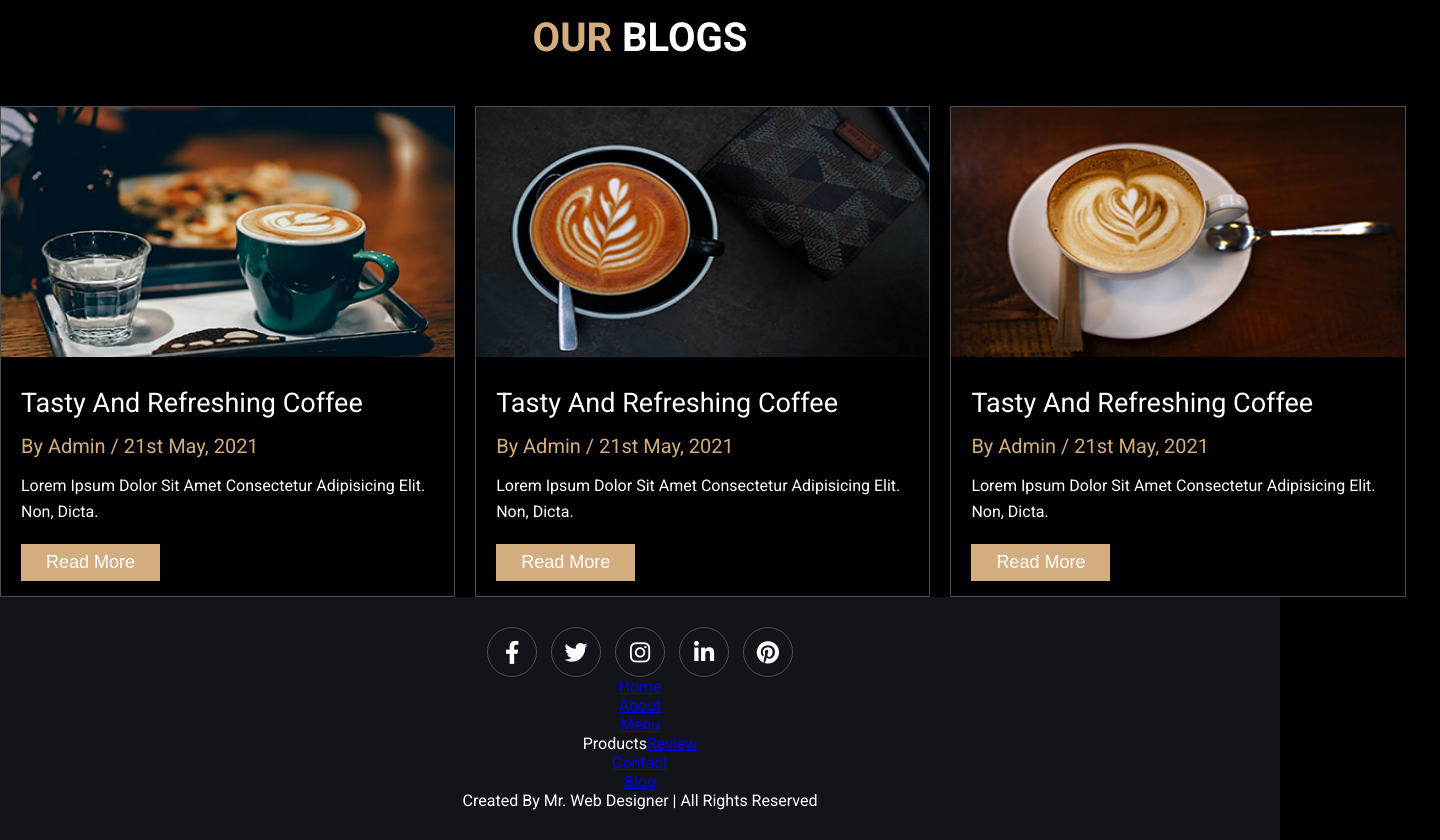
Repository: Dinhthai303/DinhThai
Page: index.html
The author's editor kept a copy of each file at every save. The page is drawn from the files as they stood at one save, then again after the next save.
The browser window is 1280 px wide. The page is 1440 px wide, so the pictures cover 1440 px, including what lies to the right of the window. The pictures show the part of the page from y = 4298 to 5138 px (the page is 5138 px tall before and 5043 px after).

Above is the page before, as saved 2021-11-28 01:55:41.

### index.html
<!DOCTYPE html>
<html lang="en">

<head>
    <meta charset="UTF-8">
    <meta http-equiv="X-UA-Compatible" content="IE=edge">
    <meta name="viewport" content="width=device-width, initial-scale=1.0">
    <title>Document</title>
    <!-- FONT AWESOME -->
    <link rel="stylesheet" href="https://cdnjs.cloudflare.com/ajax/libs/font-awesome/6.0.0-beta3/css/all.min.css"
        integrity="sha512-Fo3rlrZj/k7ujTnHg4CGR2D7kSs0v4LLanw2qksYuRlEzO+tcaEPQogQ0KaoGN26/zrn20ImR1DfuLWnOo7aBA=="
        crossorigin="anonymous" referrerpolicy="no-referrer" />
    <!-- GOOLE FONT -->
    <link rel="preconnect" href="https://fonts.googleapis.com">
    <link rel="preconnect" href="https://fonts.gstatic.com" crossorigin>
    <link href="https://fonts.googleapis.com/css2?family=Roboto:wght@300;400;500;700&display=swap" rel="stylesheet">
    <!-- MAIN CSS -->
    <link rel="stylesheet" href="./css/style.css">
</head>

<body>
    <header class="header">
        <div class="container">
            <div class="header__content">
                <div class="header__logo">
                    <img src="./images/logo.png" alt="">
                </div>
                <ul class="header__menu">
                    <li class="header__item"><a class="header__link" href="#">Home</a></li>
                    <li class="header__item"><a class="header__link" href="#">About</a></li>
                    <li class="header__item"><a class="header__link" href="#">Menu</a></li>
                    <li class="header__item"><a class="header__link" href="#">Product</a></li>
                    <li class="header__item"><a class="header__link" href="#">Review</a></li>
                    <li class="header__item"><a class="header__link" href="#">Contact</a></li>
                    <li class="header__item"><a class="header__link" href="#">Blog</a></li>
                </ul>
                <div class="header__icon">
                    <i class="fa fa-search"></i>
                    <i class="fa fa-shopping-cart"></i>
                </div>
            </div>
        </div>
    </header>
    <section class="banner">
        <div class="banner__content">
            <img class="banner__image" src="./images/home-img.jpeg" alt="">
            <div class="banner__text">
                <h3 class="banner__title">FRESH COFFEE IN THE MORNING</h3>
                <p class="banner__desc">Lorem Ipsum, Dolor Sit Amet Consectetur Adipisicing Elit. Placeat Labore, Sint
                    Cupiditate Distinctio Tempora Reiciendis.</p>
                <button class="btn">Get Your now</button>
            </div>
        </div>
    </section>
    <section class="about">
        <h2 class="heading">About <span>us</span></h2>
        <div class="container">
            <div class="about__content">
                <div class="about__left">
                    <img class="about__image" src="./images/about-img.jpeg" alt="">
                </div>
                <div class="about__right">
                    <div class="about__text">
                        <h2 class="about__title">What Makes Our Coffee Special?</h2>
                        <p class="about__desc">Lorem Ipsum Dolor Sit Amet Consectetur Adipisicing Elit. Voluptatibus Qui
                            Ea Ullam, Enim Tempora Ipsum Fuga Alias Quae Ratione A Officiis Id Temporibus Autem? Quod
                            Nemo Facilis Cupiditate. Ex, Vel?</p>
                        <p class="about__desc">Lorem Ipsum Dolor Sit Amet Consectetur, Adipisicing Elit. Odit Amet Enim
                            Quod Veritatis, Nihil Voluptas Culpa! Neque Consectetur Obcaecati Sapiente?</p>
                        <button class="btn about__button">Learn More</button>
                    </div>
                </div>
            </div>
        </div>
    </section>
    <section class="menu">
        <h2 class="heading"><span>our</span> menu</h2>
        <div class="container">
            <div class="menu__content">
                <div class="menu__item">
                    <div class="menu__text">
                        <img src="./images/menu-1.png" alt="" class="menu__img">
                        <h3 class="menu__title">Tasty And Healty
                        </h3>
                        <div class="menu__price price">$15.99 <span class="menu__price--old old">20.99</span></div>
                        <button class="btn menu__button">Add To Cart</button>
                    </div>
                </div>
                <div class="menu__item">
                    <div class="menu__text">
                        <img src="./images/menu-2.png" alt="" class="menu__img">
                        <h3 class="menu__title">Tasty And Healty
                        </h3>
                        <div class="menu__price price">$15.99 <span class="menu__price--old old">20.99</span></div>
                        <button class="btn menu__button">Add To Cart</button>
                    </div>
                </div>
                <div class="menu__item">
                    <div class="menu__text">
                        <img src="./images/menu-3.png" alt="" class="menu__img">
                        <h3 class="menu__title">Tasty And Healty
                        </h3>
                        <div class="menu__price price">$15.99 <span class="menu__price--old old">20.99</span></div>
                        <button class="btn menu__button">Add To Cart</button>
                    </div>
                </div>
                <div class="menu__item">
                    <div class="menu__text">
                        <img src="./images/menu-4.png" alt="" class="menu__img">
                        <h3 class="menu__title">Tasty And Healty
                        </h3>
                        <div class="menu__price price">$15.99 <span class="menu__price--old price">20.99</span></div>
                        <button class="btn menu__button">Add To Cart</button>
                    </div>
                </div>
                <div class="menu__item">
                    <div class="menu__text">
                        <img src="./images/menu-5.png" alt="" class="menu__img">
                        <h3 class="menu__title">Tasty And Healty
                        </h3>
                        <div class="menu__price price">$15.99 <span class="menu__price--old old">20.99</span></div>
                        <button class="btn menu__button">Add To Cart</button>
                    </div>
                </div>
                <div class="menu__item">
                    <div class="menu__text">
                        <img src="./images/menu-6.png" alt="" class="menu__img">
                        <h3 class="menu__title">Tasty And Healty
                        </h3>
                        <div class="menu__price price">$15.99 <span class="menu__price--old old">20.99</span></div>
                        <button class="btn menu__button">Add To Cart</button>
                    </div>
                </div>
            </div>
        </div>
    </section>
    <section class="products">
        <h2 class="heading"><span>OUR</span> PRODUCTS</h2>
        <div class="container">
            <div class="products__content">
                <div class="products__item">
                    <div class="products__social">
                        <i class="fa fa-shopping-cart"></i>
                        <i class="fa fa-heart"></i>
                        <i class="fa fa-eye"></i>
                    </div>
                    <div class="products__img">
                        <img src="./images/product-2.png" alt="">
                    </div>
                    <h3 class="products__title">Fresh Coffee</h3>
                    <div class="star">
                        <i class="fa fa-star"></i>
                        <i class="fa fa-star"></i>
                        <i class="fa fa-star"></i>
                        <i class="fa fa-star"></i>
                        <i class="fa fa-star-half-alt"></i>
                    </div>
                    <div class="price">$15.99 <span class="old">20.99</span></div>
                </div>
                <div class="products__item">
                    <div class="products__social">
                        <i class="fa fa-shopping-cart"></i>
                        <i class="fa fa-heart"></i>
                        <i class="fa fa-eye"></i>
                    </div>
                    <div class="products__img">
                        <img src="./images/product-3.png" alt="">
                    </div>
                    <h3 class="products__title">Fresh Coffee</h3>
                    <div class="star">
                        <i class="fa fa-star"></i>
                        <i class="fa fa-star"></i>
                        <i class="fa fa-star"></i>
                        <i class="fa fa-star"></i>
                        <i class="fa fa-star-half-alt"></i>
                    </div>
                    <div class="price">$15.99 <span class="old">20.99</span></div>
                </div>
                <div class="products__item">
                    <div class="products__social">
                        <i class="fa fa-shopping-cart"></i>
                        <i class="fa fa-heart"></i>
                        <i class="fa fa-eye"></i>
                    </div>
                    <div class="products__img">
                        <img src="./images/product-1.png" alt="">
                    </div>
                    <h3 class="products__title">Fresh Coffee</h3>
                    <div class="star">
                        <i class="fa fa-star"></i>
                        <i class="fa fa-star"></i>
                        <i class="fa fa-star"></i>
                        <i class="fa fa-star"></i>
                        <i class="fa fa-star-half-alt"></i>
                    </div>
                    <div class="price">$15.99 <span class="old">20.99</span></div>
                </div>
            </div>
        </div>
    </section>
    <section class="review">
        <h2 class="heading"><span>CUSTOMER'S</span> REVIEW</h2>
        <div class="container">
            <div class="review__content">
                <div class="review__item">
                    <img src="./images/quote-img.png" alt="" class="review__top">
                    <p class="review__desc">Lorem Ipsum Dolor Sit Amet Consectetur Adipisicing Elit. Animi Nulla Sit
                        Libero Nemo Fuga Sequi Nobis? Necessitatibus Aut Laborum, Nisi Quas Eaque Laudantium
                        Consequuntur Iste Ex Aliquam Minus Vel? Nemo.</p>
                    <img src="./images/pic-1.png" alt="" class="review__avatar">
                    <h3 class="review__author">John Deo
                    </h3>
                    <div class="star">
                        <i class="fa fa-star"></i>
                        <i class="fa fa-star"></i>
                        <i class="fa fa-star"></i>
                        <i class="fa fa-star"></i>
                        <i class="fa fa-star-half-alt"></i>
                    </div>
                </div>
                <div class="review__item">
                    <img src="./images/quote-img.png" alt="" class="review__top">
                    <p class="review__desc">Lorem Ipsum Dolor Sit Amet Consectetur Adipisicing Elit. Animi Nulla Sit
                        Libero Nemo Fuga Sequi Nobis? Necessitatibus Aut Laborum, Nisi Quas Eaque Laudantium
                        Consequuntur Iste Ex Aliquam Minus Vel? Nemo.</p>
                    <img src="./images/pic-2.png" alt="" class="review__avatar">
                    <h3 class="review__author">John Deo
                    </h3>
                    <div class="star">
                        <i class="fa fa-star"></i>
                        <i class="fa fa-star"></i>
                        <i class="fa fa-star"></i>
                        <i class="fa fa-star"></i>
                        <i class="fa fa-star-half-alt"></i>
                    </div>
                </div>
                <div class="review__item">
                    <img src="./images/quote-img.png" alt="" class="review__top">
                    <p class="review__desc">Lorem Ipsum Dolor Sit Amet Consectetur Adipisicing Elit. Animi Nulla Sit
                        Libero Nemo Fuga Sequi Nobis? Necessitatibus Aut Laborum, Nisi Quas Eaque Laudantium
                        Consequuntur Iste Ex Aliquam Minus Vel? Nemo.</p>
                    <img src="./images/pic-3.png" alt="" class="review__avatar">
                    <h3 class="review__author">John Deo
                    </h3>
                    <div class="star">
                        <i class="fa fa-star"></i>
                        <i class="fa fa-star"></i>
                        <i class="fa fa-star"></i>
                        <i class="fa fa-star"></i>
                        <i class="fa fa-star-half-alt"></i>
                    </div>
                </div>
            </div>
        </div>
    </section>
    <section class="contact">
        <h2 class="heading">CONTACT <span>US</span></h2>
        <div class="container">
            <div class="contact__content">
                <div class="contact__map">
                    <iframe
                        src="https://www.google.com/maps/embed?pb=!1m18!1m12!1m3!1d3919.5668037483!2d106.68553171533858!3d10.767831062295425!2m3!1f0!2f0!3f0!3m2!1i1024!2i768!4f13.1!3m3!1m2!1s0x31752f18039575d7%3A0x3f90b2c941faeed4!2sFPT-APTECH!5e0!3m2!1svi!2s!4v1638037058853!5m2!1svi!2s"
                        width="600" height="450" style="border:0;" allowfullscreen="" loading="lazy"></iframe>
                </div>
                <div class="contact__right">
                    <div class="contact__box">
                        <h2 class="heading contact__"><span>GET IN TOUCH
                            </span></h2>
                        <div class="contact__input">
                            <i class="fa fa-user"></i>
                            <input type="text" placeholder="Name">
                        </div>
                        <div class="contact__input">
                            <i class="fa fa-envelope"></i>
                            <input type="text" placeholder="Email">
                        </div>
                        <div class="contact__input">
                            <i class="fa fa-phone"></i>
                            <input type="text" placeholder="Number">
                        </div>
                        <div class="contact__button">
                            <button class="btn">Contact Now</button>
                        </div>
                    </div>
                </div>
            </div>
        </div>
    </section>
    <section class="blog">
        <h2 class="heading">OUR <span>BLOGS</span></h2>
        <div class="container">
            <div class="blog__content">
                <div class="blog__item">
                    <div class="blog__image">
                        <img src="./images/blog-1.jpeg" alt="" class="blog__img">
                    </div>
                    <div class="blog__text">
                        <a href="#" class="blog__title">Tasty And Refreshing Coffee</a>
                        <span class="blog__time">By Admin / 21st May, 2021</span>
                        <p class="blog__desc">Lorem Ipsum Dolor Sit Amet Consectetur Adipisicing Elit. Non, Dicta.</p>
                        <button class="btn blog__button">Read More</button>
                    </div>
                </div>
                <div class="blog__item">
                    <div class="blog__image">
                        <img src="./images/blog-2.jpeg" alt="" class="blog__img">
                    </div>
                    <div class="blog__text">
                        <a href="#" class="blog__title">Tasty And Refreshing Coffee</a>
                        <span class="blog__time">By Admin / 21st May, 2021</span>
                        <p class="blog__desc">Lorem Ipsum Dolor Sit Amet Consectetur Adipisicing Elit. Non, Dicta.</p>
                        <button class="btn blog__button">Read More</button>
                    </div>
                </div>
                <div class="blog__item">
                    <div class="blog__image">
                        <img src="./images/blog-3.jpeg" alt="" class="blog__img">
                    </div>
                    <div class="blog__text">
                        <a href="#" class="blog__title">Tasty And Refreshing Coffee</a>
                        <span class="blog__time">By Admin / 21st May, 2021</span>
                        <p class="blog__desc">Lorem Ipsum Dolor Sit Amet Consectetur Adipisicing Elit. Non, Dicta.</p>
                        <button class="btn blog__button">Read More</button>
                    </div>
                </div>
            </div>
        </div>
    </section>
    <footer class="footer">
        <div class="footer__social">
            <i class="fab fa-facebook-f"></i>
            <i class="fab fa-twitter"></i>
            <i class="fab fa-instagram"></i>
            <i class="fab fa-linkedin-in"></i>
            <i class="fab fa-pinterest"></i>
        </div>
        <ul class="footer__menu">
            <li class="footer__item"><a href="#" class="footer__link">Home</a></li>
            <li class="footer__item"><a href="#" class="footer__link">About</a></li>
            <li class="footer__item"><a href="#" class="footer__link">Menu</a></li>
            <li class="footer__item">Products<a href="#" class="footer__link">Review</a></li>
            <li class="footer__item"><a href="#" class="footer__link">Contact</a></li>
            <li class="footer__item"><a href="#" class="footer__link">Blog</a></li>
        </ul>
        <p class="footer__bottom">
            Created By <span>Mr. Web Designer</span> | All Rights Reserved
        </p>
    </footer>
</body>

</html>

### css/style.css
*{
    margin: 0;
    padding: 0;
    box-sizing: border-box;
}
body{
    font-family: 'Roboto', sans-serif;
    background-color: #010103;
    font-weight: 400;
    color: white;
}
.heading{
    color: #D3AD7F;
    text-transform: uppercase;
    font-size: 40px;
    text-align: center;
    margin-bottom: 45px;
    margin-top: 50px;
}
.heading span{
    color: white;
}
.container{
    width: 1440px;
    margin: 0 auto;
}
.header{
    background-color: #010103;
    border-bottom: 1px solid #4D4E4F;
}
.header__content{
    display: flex;
    justify-content: space-between;
    align-items: center;
    background-color: #010103;
    padding: 15px 0;
}
.header__menu{
    display: flex;
    list-style: none;
    gap: 20px;
}
.header__item:hover .header__link{
    color: #D3AD7F;
}
.header__item:hover .header__link::after{
    opacity: 1;
    transform: translateY(7px);
}
.header__link::after{
    content: "";
    width: 100%;
    height: 2px;
    position: absolute;
    left: 0;
    bottom: 0;
    background-color: #D3AD7F;
    transition: all .5s;
    opacity: 0;
}
.header__link{
    position: relative;
    color: white;
    text-decoration: none;
}
.header__icon i{
    color: white;
    font-size: 23px;
    margin: 0 10px;
    cursor: pointer;
}
.header__icon i:hover{
    color: #D3AD7F;
}
.header__logo img{
    width: 70px;
}
.banner__content{
    position: relative;
    width: 100%;
    height: 850px;
}
.banner__image{
    width: 100%;
    height: 100%;
    object-fit: cover;
}
.banner__text{
    position: absolute;
    top: 50%;
    left: 120px;
    transform: translateY(-50%);
    width: 570px;
}
.banner__title{
    font-size: 58px;
    color: white;
}
.banner__desc{
    font-size: 20px;
    color: rgb(238, 238, 238);
    font-weight: lighter;
    line-height: 1.8;
    margin: 20px 0;
}
.btn{
    background-color: #D3AD7F;
    border: none;
    color: white;
    padding: 8px 25px;
    font-size: 18px;
    cursor: pointer;
    transition: all .25s;
}
.btn:hover{
    letter-spacing: 1px;
}
.menu__text{
    width: 300px;
}
.menu__item:hover{
    background-color: white;
}
.menu__item:hover *{
    color: black;
}
.about__image{
    width: 100%;
    display: block;
}
.about__left, .about__right{
    width: 50%;
}
.about__content{
    display: flex;
}
.about__title{
    color: white;
    font-size: 30px;
}
.about__right{
    display: flex;
    align-items: center;
}
.about__desc{
    color: rgb(238, 238, 238);
    margin-top: 10px;
    line-height: 1.8;
}
.about__button{
    margin-top: 25px;
}
.about__text{
    margin-left: 20px;
}
.menu__content{
    display: flex;
    flex-wrap: wrap;
    gap: 15px;
}
.menu__item{
    width: calc(25% - 15px);
    border: 1px solid #4D4E4F;
    height: 335px;
    text-align: center;
    display: flex;
    justify-content: center;
    align-items: center;
    transition: all .25s;
}
.menu__title{
    color: white;
    margin-top: 20px;
}
.price{
    color: white;
    font-size: 25px;
    margin: 20px 0;
}
.old{
    color: rgb(238, 238, 238);
    text-decoration: line-through;
    font-size: 15px;
}
.products__content{
    display: flex;
    gap: 20px;
}
.products__item{
    width: calc(33% - 20px);
    border: 1px solid #4D4E4F;
    text-align: center;
    padding: 25px 0;
}
.products__title{
    color: white;
    margin-top: 20px;
    font-size: 25px;
}
.products__social{
    margin-bottom: 25px;
}
.products__social i:hover {
    background-color: #D3AD7F;
}
.products__social i {
    color: white;
    padding: 10px 10px;
    border: 1px solid #4D4E4F;
    font-size: 18px;
    margin: 0 1px;
    cursor: pointer;
}
.star {
    color: #D3AD7F;
    margin-top: 15px;
}
.review__content{
    display: flex;
    gap: 25px;
}
.review__item{
    width: calc(33% - 25px);
    border: 1px solid #4D4E4F;
    text-align: center;
    padding: 30px 25px;
}
.review__desc{
    color: rgb(238, 238, 238);
    line-height: 1.8;
    margin: 25px 0;
}
.review__avatar{
    border-radius: 50%;
    width: 70px;
    margin-bottom: 15px;
}
.contact__content{
    display: flex;
    gap: 30px;
    padding-right: 20px;
    background-color: #13131A;
}
.contact__map{
    width: 50%;
}
.contact__map iframe{
    width: 100%;
}
.contact__right{
    display: flex;
    align-items: center;
    width: 50%;
}
.contact__box{
    width: 100%;
}
.contact__input{
    height: 60px;
    width: 100%;
    border: 1px solid #4D4E4F;
    display: flex;align-items: center;
    padding: 0 20px;
    margin-bottom: 25px;
}
.contact__input input{
    background-color: transparent;
    border: none;
    margin-left: 20px;
    width: 100%;
    height: 22px;
    color: white;
    font-size: 20px;
}
.contact__input input:focus{
    outline: none;
}
.contact__input input::placeholder{
    font-size: 18px;
}
.contact__input i {
    font-size: 23px;
}
.contact__button{
    text-align: center;
}
.blog__content{
    display: flex;
    gap: 20px;
}
.blog__item{
    width: calc(33% - 20px);
    border: 1px solid #4D4E4F;
    overflow: hidden;
}
.blog__item:hover .blog__img{
    transform: scale(1.2);
}
.blog__image{
    width: 100%;
    height: 250px;
    overflow: hidden;
}
.blog__img{
    width: 100%;
    height: 100%;
    transition: all .5s;
}
.blog__text{
    padding: 30px 20px 15px;
}
.blog__title{
    font-size: 27px;
    font-weight: 400;
    color: white;
    text-decoration: none;
    transition: all .25s;
}
.blog__title:hover{
    color: #D3AD7F;
}

.blog__time{
    color: #D3AD7F;
    font-size: 20px;
    margin: 15px 0;
    display: inline-block;
}
.blog__desc{
    line-height: 1.6;
    margin-bottom: 20px;
}
.footer{
    background-color: #13131A;
    text-align: center;
    padding: 30px 0;
}
.footer__social i{
    font-size: 23px;
    width: 50px;
    height: 50px;
    text-align: center;
    line-height: 50px;
    border: 1px solid #4D4E4F;
    margin: 0 5px;
    border-radius: 50%;
}

After the next save:
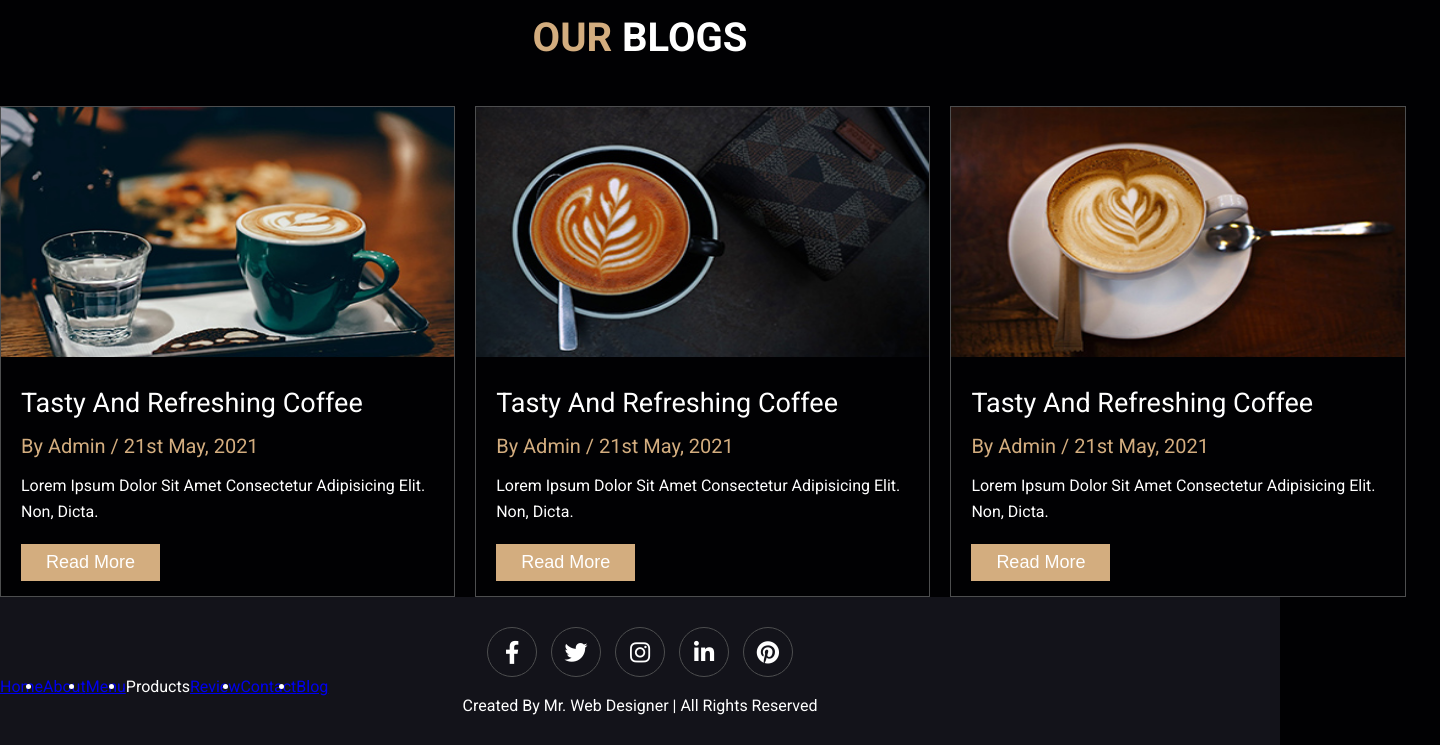
Saved 14 s later.
--- a/css/style.css
+++ b/css/style.css
@@ -345,3 +345,6 @@ body{
     margin: 0 5px;
     border-radius: 50%;
 }
+.footer__menu{
+    display: flex;
+}
